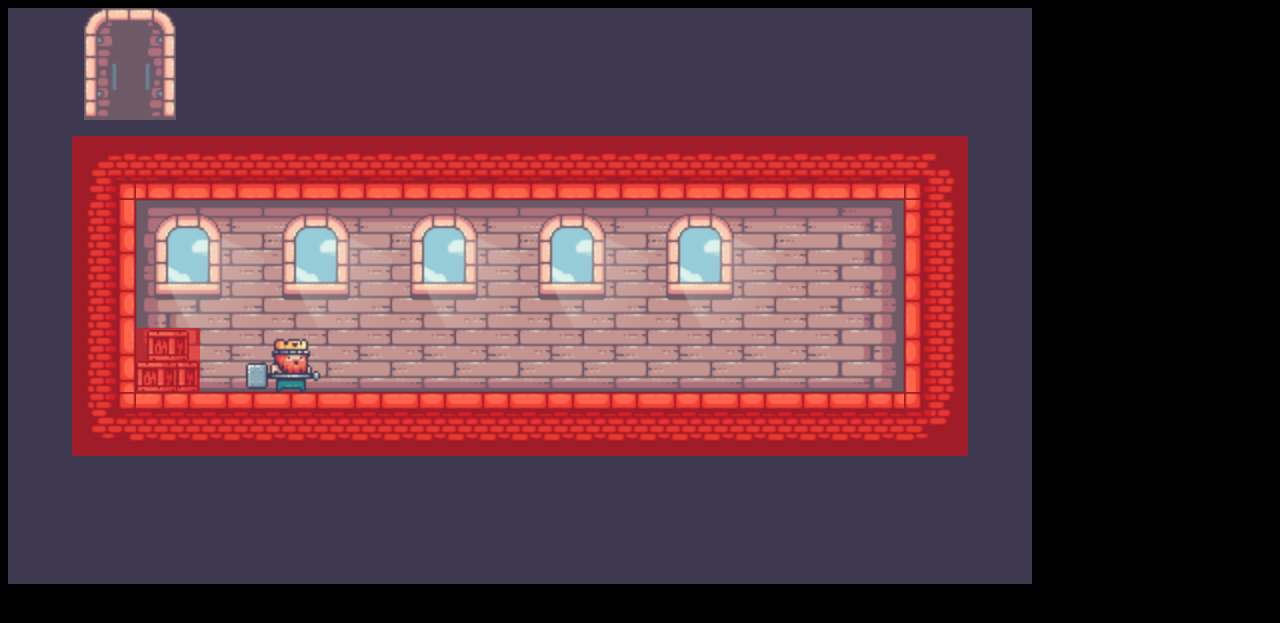
Repository: kassemKu/vanilla_kings_and_pigs
Page: index.html
An editor plug-in stored every save of this project. The page is shown before and after the next save, followed by the edit.
The browser window is 1280 px wide. The pictures show the whole page.

Above is the page before, as saved 2022-11-12 21:16:38.

After the next save:
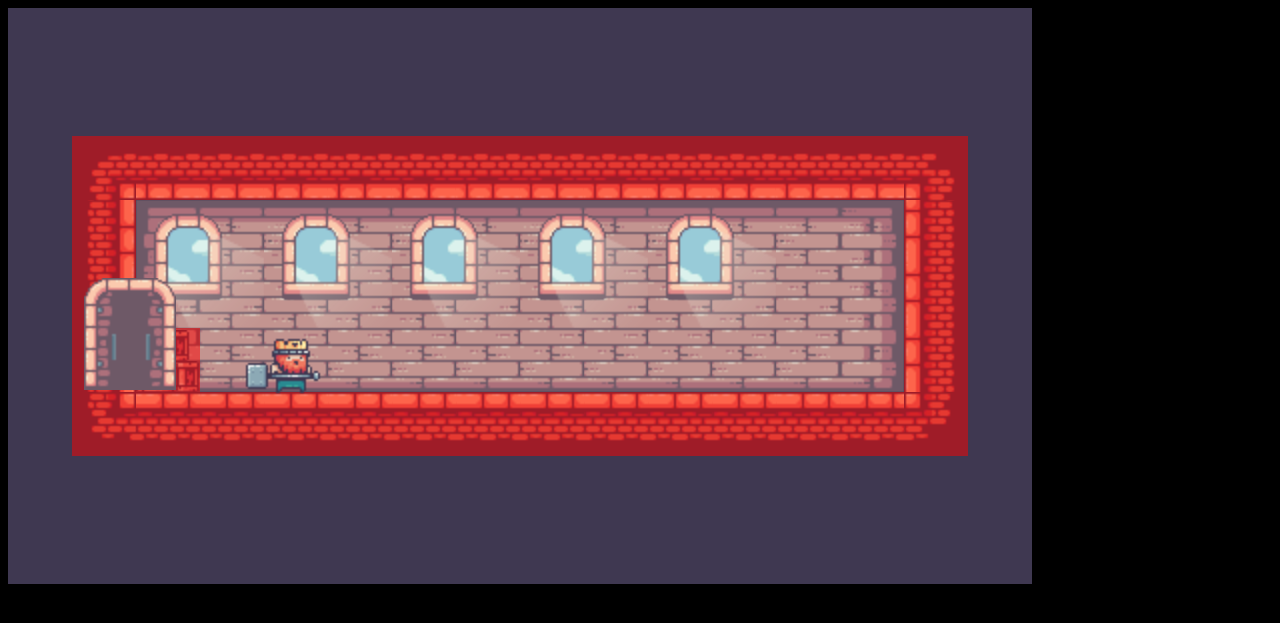
Saved 44 s later.
--- a/main.js
+++ b/main.js
@@ -51,7 +51,7 @@ const doors = [
   new Sprite({
     position: {
       x: 76,
-      y: 0,
+      y: 270,
     },
     imageSrc: "./img/doorOpen.png",
     frameRate: 5,
